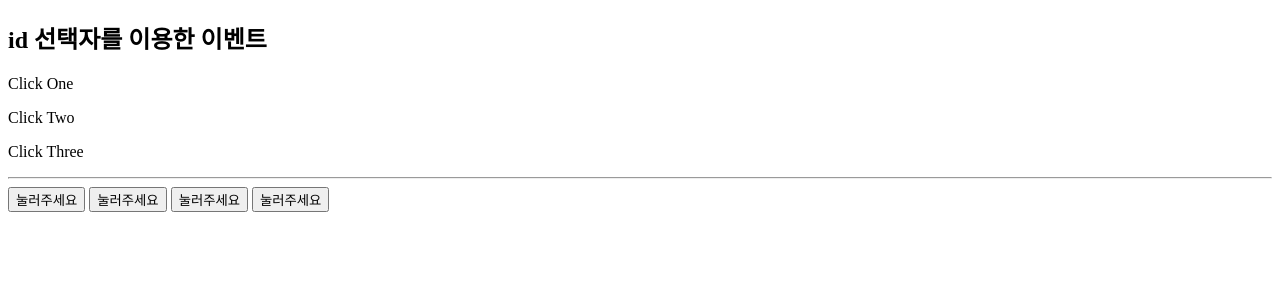
Repository: shinsil0601/webstudy
Page: 03_JavaScript/src/main/webapp/day02/ex13_event.html
An editor plug-in stored every save of this project. The page is shown before and after the next save, followed by the edit.
The browser window is 1280 px wide. The pictures show the whole page.
After loading, the first visible `button[onclick="test2()"]` was clicked once.

Above is the page before, as saved 2023-06-28 05:57:30.
Console error: ReferenceError: test2 is not defined

### 03_JavaScript/src/main/webapp/day02/ex13_event.html
<!DOCTYPE html>
<html>
<head>
<meta charset="UTF-8">
<title>Insert title here</title>
<script type="text/javascript">
	function test1() {
		// 특정 위치에 글자 삽입(태그 포함할 수 있다.)
		document.getElementById("demo1").innerHTML="ICT 인재 개발원";
	}
</script>
</head>
<body>
	<h2>id 선택자를 이용한 이벤트</h2>
	<p id="demo1"></p>

	<p id="demo2">Click One</p>

	<p id="demo3">Click Two</p>

	<p id="demo4">Click Three</p>
	<hr>

	<!-- demo1에 'ICT 인재 개발원' 글자 삽입 -->
	<button onclick="test1()">눌러주세요</button>

	<!-- demo2에 내용이 화면에 보이지 않게 -->
	<button onclick="test2()">눌러주세요</button>

	<!-- demo3의 글자가 30px로 만들자 -->
	<button onclick="test3()">눌러주세요</button>

	<!-- demo4의 글자가 모두 소문자로 변경 시키자 -->
	<button onclick="test4()">눌러주세요</button>
</body>
</html>

After the next save:
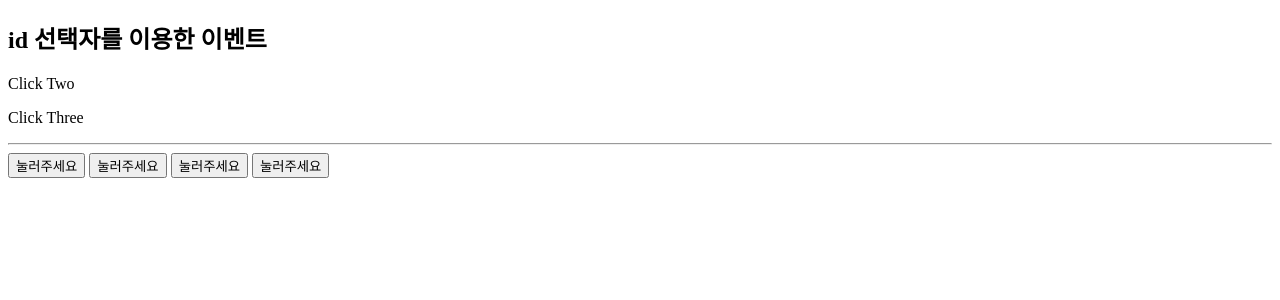
The error is gone.
Saved 2 min 29 s later.
--- a/03_JavaScript/src/main/webapp/day02/ex13_event.html
+++ b/03_JavaScript/src/main/webapp/day02/ex13_event.html
@@ -8,6 +8,11 @@
 		// 특정 위치에 글자 삽입(태그 포함할 수 있다.)
 		document.getElementById("demo1").innerHTML="ICT 인재 개발원";
 	}
+	function test2() {
+		// 스타일 지정
+		document.getElementById("demo2").style.display = "none";
+	}
+
 </script>
 </head>
 <body>
